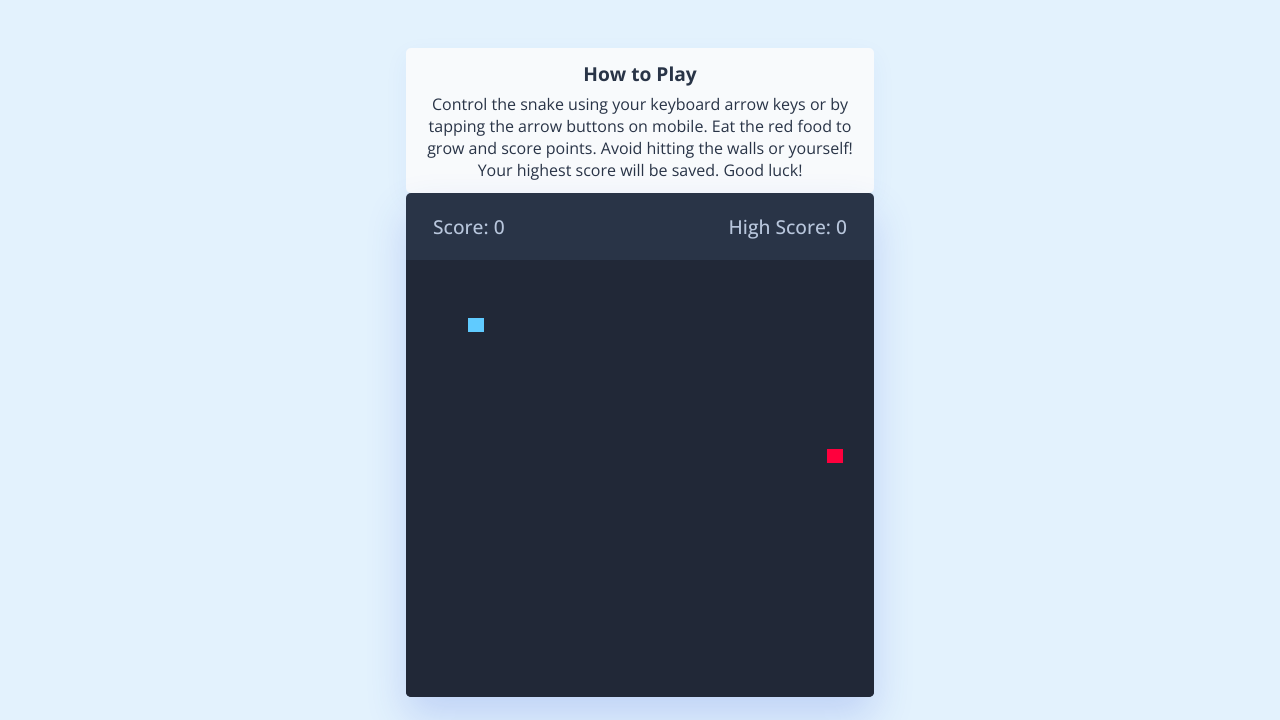
Repository: BinaryVortex/Snake-Game-React
Page: /
These files come from the project's save history. The page is drawn as it stood at one moment and after the next save; the edit follows.
The browser window is 1280 px wide. The pictures show the whole page.
The project was rebuilt for these pictures with package versions that can differ from the ones it lists, and the page was loaded fresh each time.

Above is the page before, as saved 2025-08-12 09:12:53.

### src/index.js
import React from 'react'
import ReactDOM from 'react-dom/client'
import App from './App'
import '@fortawesome/fontawesome-free/css/all.min.css'

const root = ReactDOM.createRoot(document.getElementById('root'))
root.render(
  <React.StrictMode>
    <App />
  </React.StrictMode>
)

### src/App.js
import React from 'react'
import SnakeGame from './SnakeGame'

function App() {
  return (
    <div>
      <SnakeGame />
    </div>
  )
}

export default App

### src/SnakeGame.js
import React, { useEffect, useRef, useState } from 'react'
import './SnakeGame.sass'

const BOARD_SIZE = 30

const getRandomPosition = () => ({
  x: Math.floor(Math.random() * BOARD_SIZE) + 1,
  y: Math.floor(Math.random() * BOARD_SIZE) + 1,
})

const SnakeGame = () => {
  const [food, setFood] = useState(getRandomPosition())
  const [snake, setSnake] = useState([{ x: 5, y: 5 }])
  const [direction, setDirection] = useState({ x: 0, y: 0 })
  const [score, setScore] = useState(0)
  const [highScore, setHighScore] = useState(
    Number(localStorage.getItem('high-score')) || 0
  )
  const [gameOver, setGameOver] = useState(false)
  const intervalRef = useRef(null)

  // Controls
  const changeDirection = (key) => {
    if (key === 'ArrowUp' && direction.y !== 1) setDirection({ x: 0, y: -1 })
    else if (key === 'ArrowDown' && direction.y !== -1) setDirection({ x: 0, y: 1 })
    else if (key === 'ArrowLeft' && direction.x !== 1) setDirection({ x: -1, y: 0 })
    else if (key === 'ArrowRight' && direction.x !== -1) setDirection({ x: 1, y: 0 })
  }

  useEffect(() => {
    const handleKeyUp = (e) => changeDirection(e.key)
    window.addEventListener('keyup', handleKeyUp)
    return () => window.removeEventListener('keyup', handleKeyUp)
  })

  const controlKeys = ['ArrowLeft', 'ArrowUp', 'ArrowRight', 'ArrowDown']

  useEffect(() => {
    if (gameOver) {
      clearInterval(intervalRef.current)
      setTimeout(() => {
        alert('Game Over! Press OK to replay...')
        window.location.reload()
      }, 50)
      return
    }

    intervalRef.current = setInterval(() => {
      setSnake((prevSnake) => {
        const head = { ...prevSnake[0] }
        head.x += direction.x
        head.y += direction.y

        if (
          head.x <= 0 ||
          head.x > BOARD_SIZE ||
          head.y <= 0 ||
          head.y > BOARD_SIZE ||
          prevSnake.some((segment, i) => i !== 0 && segment.x === head.x && segment.y === head.y)
        ) {
          setGameOver(true)
          return prevSnake
        }

        let newSnake = [head, ...prevSnake.slice(0, -1)]

        if (head.x === food.x && head.y === food.y) {
          setFood(getRandomPosition())
          newSnake = [head, ...prevSnake]
          setScore((s) => {
            const nextScore = s + 1
            if (nextScore > highScore) {
              setHighScore(nextScore)
              localStorage.setItem('high-score', nextScore)
            }
            return nextScore
          })
        }

        return newSnake
      })
    }, 100)

    return () => clearInterval(intervalRef.current)
  }, [direction, food, gameOver, highScore])

  useEffect(() => {
    setDirection({ x: 0, y: 0 })
  }, [])

  const cells = []
  cells.push(
    <div
      key="food"
      className="food"
      style={{ gridArea: `${food.y} / ${food.x}` }}
    />
  )
  snake.forEach((segment, i) => {
    cells.push(
      <div
        key={`snake-${i}`}
        className="head"
        style={{ gridArea: `${segment.y} / ${segment.x}` }}
      />
    )
  })

  return (
    <div>
      <div className="how-to-play">
        <h2>How to Play</h2>
        <p>
          Control the snake using your keyboard arrow keys or by tapping the arrow buttons on mobile.
          Eat the red food to grow and score points. Avoid hitting the walls or yourself!
          Your highest score will be saved. Good luck!
        </p>
      </div>
      <div className="wrapper">
        <div className="game-details">
          <span className="score">Score: {score}</span>
          <span className="high-score">High Score: {highScore}</span>
        </div>
        <div className="play-board">{cells}</div>
        <div className="controls">
          {controlKeys.map((key) => (
            <i
              key={key}
              data-key={key}
              className={`fa-solid fa-arrow-${key
                .replace('Arrow', '')
                .toLowerCase()}-long`}
              onClick={() => changeDirection(key)}
            />
          ))}
        </div>
      </div>
    </div>
  )
}

export default SnakeGame

### src/SnakeGame.sass
@import url('https://fonts.googleapis.com/css2?family=Open+Sans:wght@300;400;500;600;700&display=swap')

*
  margin: 0
  padding: 0
  box-sizing: border-box
  font-family: 'Open Sans', sans-serif

body
  display: flex
  align-items: center
  justify-content: center
  min-height: 100vh
  background: #e3f2fd

.how-to-play
  max-width: 65vmin
  margin: 24px auto 0 auto
  background: #f8fafc
  border-radius: 5px
  padding: 12px 20px
  box-shadow: 0 8px 24px rgba(52, 87, 220, 0.06)
  color: #293447
  text-align: center
  h2
    font-size: 1.2rem
    margin-bottom: 6px
  p
    font-size: 1rem

.wrapper
  width: 65vmin
  height: 70vmin
  display: flex
  overflow: hidden
  flex-direction: column
  justify-content: center
  background: #293447
  border-radius: 5px
  box-shadow: 0 20px 40px rgba(52, 87, 220, 0.2)

.game-details
  color: #b8c6dc
  font-weight: 500
  font-size: 1.2rem
  padding: 20px 27px
  display: flex
  justify-content: space-between

.play-board
  height: 100%
  width: 100%
  display: grid
  background: #212837
  grid-template: repeat(30, 1fr) / repeat(30, 1fr)
  .food
    background: #ff003d
  .head
    background: #60cbff

.controls
  display: none
  justify-content: space-between
  i
    padding: 25px 0
    text-align: center
    font-size: 1.3rem
    color: #b8c6dc
    width: calc(100% / 4)
    cursor: pointer
    border-right: 1px solid #171b26

@media screen and (max-width: 800px)
  .wrapper
    width: 90vmin
    height: 115vmin

  .game-details
    font-size: 1rem
    padding: 15px 27px

  .controls
    display: flex
    i
      padding: 15px 0
      font-size: 1rem

  .how-to-play
    max-width: 90vmin
    font-size: 0.95rem
    padding: 10px 10px

Loaded but not shown: public/index.html (common file)

After the next save:
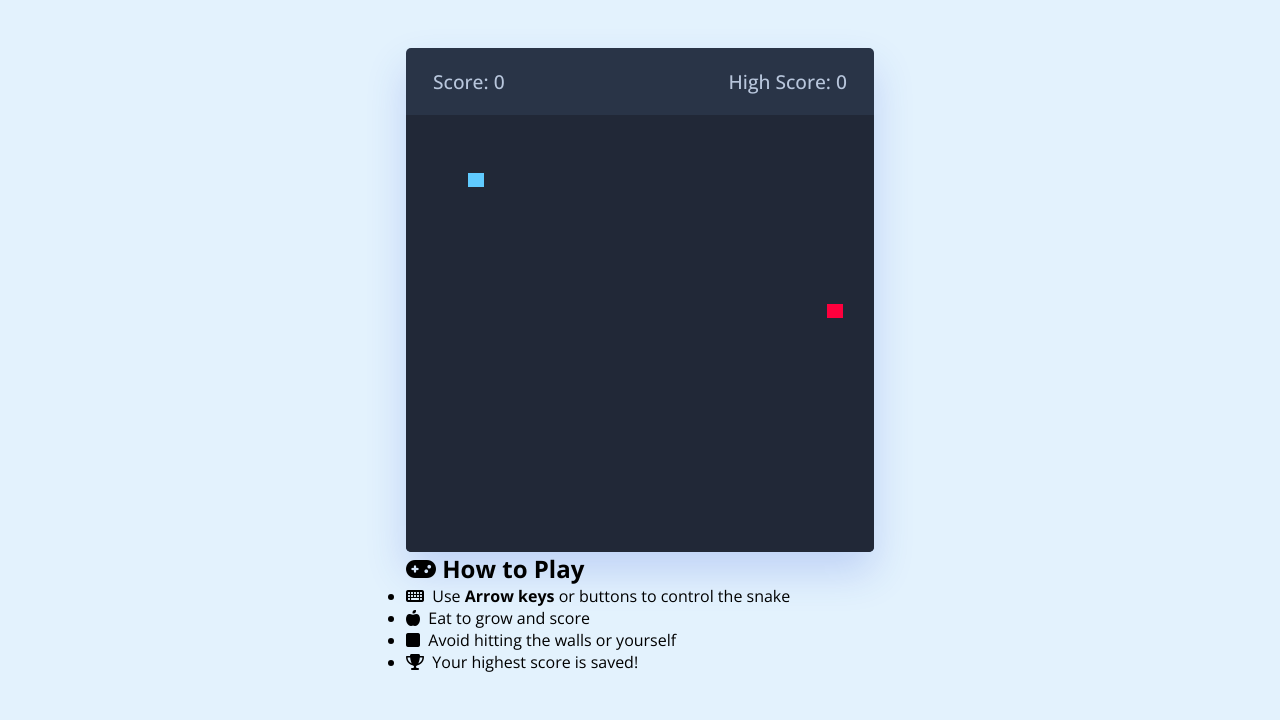
Saved 4 min 18 s later.
--- a/src/SnakeGame.js
+++ b/src/SnakeGame.js
@@ -107,15 +107,7 @@ const SnakeGame = () => {
   })
 
   return (
-    <div>
-      <div className="how-to-play">
-        <h2>How to Play</h2>
-        <p>
-          Control the snake using your keyboard arrow keys or by tapping the arrow buttons on mobile.
-          Eat the red food to grow and score points. Avoid hitting the walls or yourself!
-          Your highest score will be saved. Good luck!
-        </p>
-      </div>
+    <div className="snake-layout">
       <div className="wrapper">
         <div className="game-details">
           <span className="score">Score: {score}</span>
@@ -135,6 +127,30 @@ const SnakeGame = () => {
           ))}
         </div>
       </div>
+      <div className="how-to-play-card">
+        <h2>
+          <i className="fa-solid fa-gamepad"></i>
+          &nbsp;How to Play
+        </h2>
+        <ul>
+          <li>
+            <i className="fa-solid fa-keyboard"></i>
+            &nbsp; Use <b>Arrow keys</b> or buttons to control the snake
+          </li>
+          <li>
+            <i className="fa-solid fa-apple-whole"></i>
+            &nbsp; Eat <span className="food-icon"></span> to grow and score
+          </li>
+          <li>
+            <i className="fa-solid fa-square"></i>
+            &nbsp; Avoid hitting the walls or yourself
+          </li>
+          <li>
+            <i className="fa-solid fa-trophy"></i>
+            &nbsp; Your highest score is saved!
+          </li>
+        </ul>
+      </div>
     </div>
   )
 }
